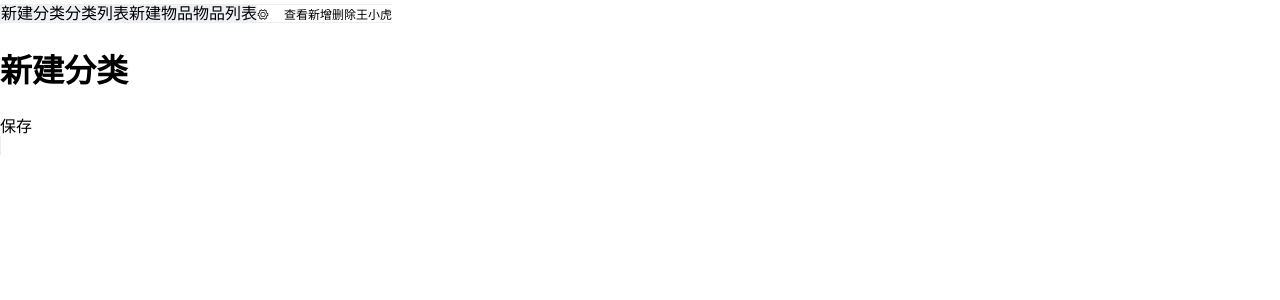
Repository: zqw980624/aaa
Page: /item/create (app in admin/)
An editor plug-in stored every save of this project. The page is shown before and after the next save, followed by the edit.
The browser window is 1280 px wide. The pictures show the whole page.
The project was rebuilt for these pictures with package versions that can differ from the ones it lists, and the page was loaded fresh each time. Also part of the build but not shown: admin/src/views/CategoryEditor.vue, admin/src/views/CategoryList.vue, admin/src/views/ItemList.vue. Imported but missing from the stored project, and not drawn on this page: admin/src/plugins/element.js.

Above is the page before, as saved 2020-03-05 22:32:02.

### admin/src/main.js
import Vue from 'vue';
import App from './App.vue';
import './plugins/element.js'
import router from './router'

Vue.config.productionTip = false;

import http from "./http"
Vue.prototype.$http = http

new Vue({
  router,
  render: (h) => h(App)
}).$mount('#app');

### admin/src/App.vue
<template>
  <div id="app">
   <router-view></router-view>
  </div>
</template>

<style>
  html,body{
    margin: 0;
    padding: 0;
  }
</style>

### admin/src/router/index.js
import Vue from 'vue'
import VueRouter from 'vue-router'
import Main from '../views/Main.vue'
import CategoryEditor from '../views/CategoryEditor.vue'
import CategoryList from '../views/CategoryList.vue'

import ItemEditor from '../views/ItemEditor.vue'
import ItemList from '../views/ItemList.vue'
Vue.use(VueRouter)

const routes = [
  {
    path: '/',
    name: 'Main',
    component: Main,
    children:[
      {path:"category/create",component:CategoryEditor},
      {path:"category/editor/:id",component:CategoryEditor,props:true},
      {path:"category/list",component:CategoryList},

      {path:"item/create",component:ItemEditor},
      {path:"item/editor/:id",component:ItemEditor,props:true},
      {path:"item/list",component:ItemList},


    ]
  }
]

const router = new VueRouter({
  mode: 'history',
  base: process.env.BASE_URL,
  routes
})

export default router

### admin/src/http.js
import axios from "axios";

const http = axios.create({
    baseURL:"http://localhost:3000/admin/api"
})

export default http

### admin/src/views/Main.vue

<template>
  <el-container style="height: 100vh; border: 1px solid #eee">
    <el-aside width="200px" style="background-color: rgb(238, 241, 246)">
      <el-menu router :default-openeds="['1']">
        <el-submenu index="1">
          <template slot="title">
            <i class="el-icon-message"></i>内容管理
          </template>
          <el-menu-item-group>
            <template slot="title">分类</template>
            <el-menu-item index="/category/create">新建分类</el-menu-item>
            <el-menu-item index="/category/list">分类列表</el-menu-item>
          </el-menu-item-group>
          <el-menu-item-group>
            <template slot="title">物品</template>
            <el-menu-item index="/item/create">新建物品</el-menu-item>
            <el-menu-item index="/item/list">物品列表</el-menu-item>
          </el-menu-item-group>

        </el-submenu>

      </el-menu>
    </el-aside>

    <el-container>
      <el-header style="text-align: right; font-size: 12px">
        <el-dropdown>
          <i class="el-icon-setting" style="margin-right: 15px"></i>
          <el-dropdown-menu slot="dropdown">
            <el-dropdown-item>查看</el-dropdown-item>
            <el-dropdown-item>新增</el-dropdown-item>
            <el-dropdown-item>删除</el-dropdown-item>
          </el-dropdown-menu>
        </el-dropdown>
        <span>王小虎</span>
      </el-header>

      <el-main>
       <router-view></router-view>
      </el-main>
    </el-container>
  </el-container>
</template>

<style>
.el-header {
  background-color: #b3c0d1;
  color: #333;
  line-height: 60px;
}

.el-aside {
  color: #333;
}
</style>

### admin/src/views/ItemEditor.vue
<template>
  <div>
    <h1>{{id?'编辑':'新建'}}分类</h1>
    <el-form @submit.native.prevent="save" label-width="100px">
      <el-form-item label="名称">
        <el-input v-model="model.name"></el-input>
      </el-form-item>
      <el-form-item label="图标">
        <el-input v-model="model.name"></el-input>
      </el-form-item>
      <el-form-item>
        <el-button type="primary" native-type="submit">保存</el-button>
      </el-form-item>
    </el-form>
  </div>
</template>


<script>
export default {
  props: {
    id: {}
  },
  data() {
    return {
      model: {
        name: ""
      }
    };
  },
  methods: {
    async save() {
      let res;
      if (this.id) {
        res = await this.$http({
          method: "put",
          url: `/rest/categories/${this.id}`,
          data: this.model
        });
      } else {
        res = await this.$http({
          method: "post",
          url: "/rest/categories",
          data: this.model
        });
      }

      if (res.data) {
        this.$router.push("/category/list");
        this.$message({
          type: "success",
          message: "保存成功"
        });
      }
    },
    async fetch() {
      let res = await this.$http.get(`/rest/categories/${this.id}`);

      this.model = res.data;
    }
  },
  created() {
    this.id && this.fetch();
  }
};
</script>

Loaded but not shown: admin/public/index.html (common file)

After the next save:
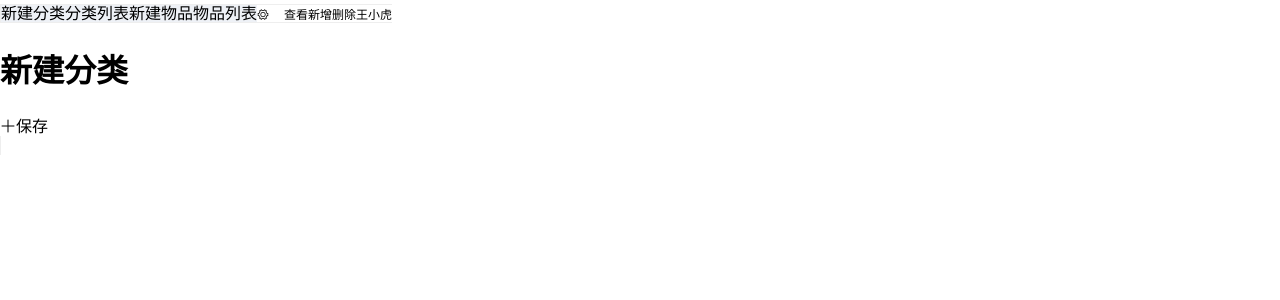
Saved 65 s later.
--- a/admin/src/views/ItemEditor.vue
+++ b/admin/src/views/ItemEditor.vue
@@ -6,7 +6,16 @@
         <el-input v-model="model.name"></el-input>
       </el-form-item>
       <el-form-item label="图标">
-        <el-input v-model="model.name"></el-input>
+        <el-upload
+          class="avatar-uploader"
+          action="https://jsonplaceholder.typicode.com/posts/"
+          :show-file-list="false"
+          :on-success="handleAvatarSuccess"
+          :before-upload="beforeAvatarUpload"
+        >
+          <img v-if="imageUrl" :src="imageUrl" class="avatar" />
+          <i v-else class="el-icon-plus avatar-uploader-icon"></i>
+        </el-upload>
       </el-form-item>
       <el-form-item>
         <el-button type="primary" native-type="submit">保存</el-button>
